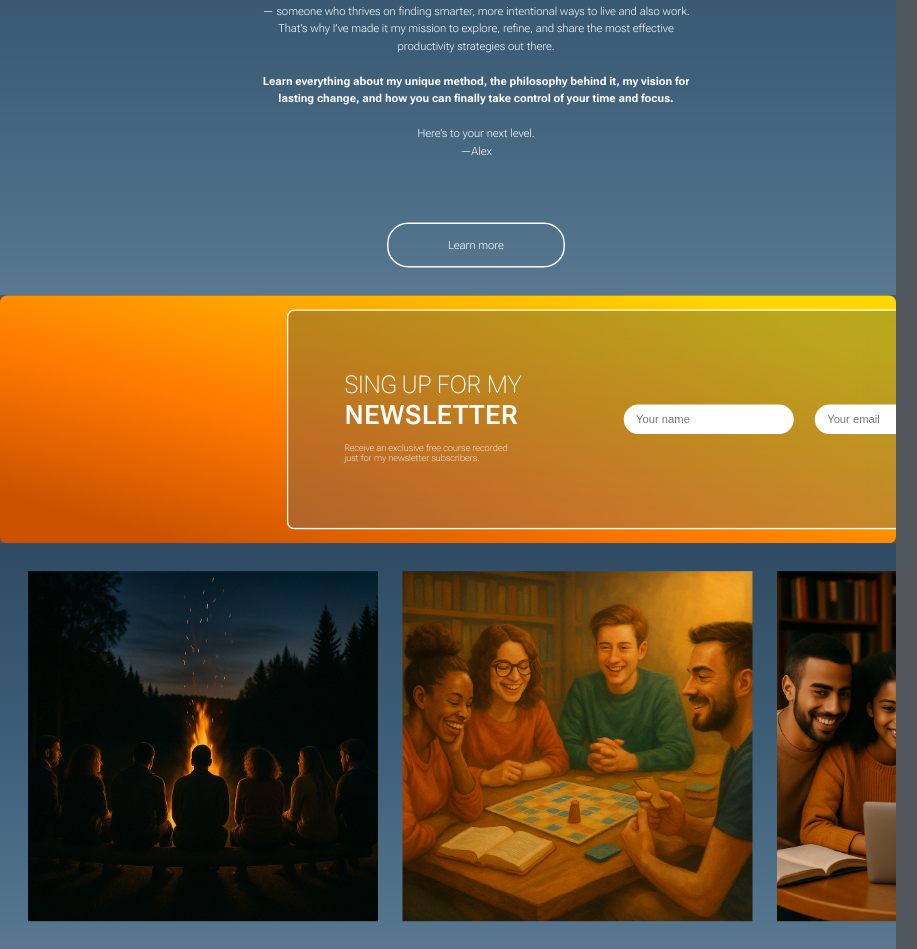
Repository: Parnicoza/testecomplete
Page: Productivity.copie.html
These files come from the project's save history. The page is drawn as it stood at one moment and after the next save; the edit follows.
The browser window is 1280 px wide. The page is 1310 px wide, so the pictures cover 1310 px, including what lies to the right of the window. The pictures show the part of the page from y = 960 to 2840 px (the page is 2316 px tall before and 2840 px after), at 70% of full size.

Above is the page before, as saved 2025-05-30 14:14:44.

After the next save:
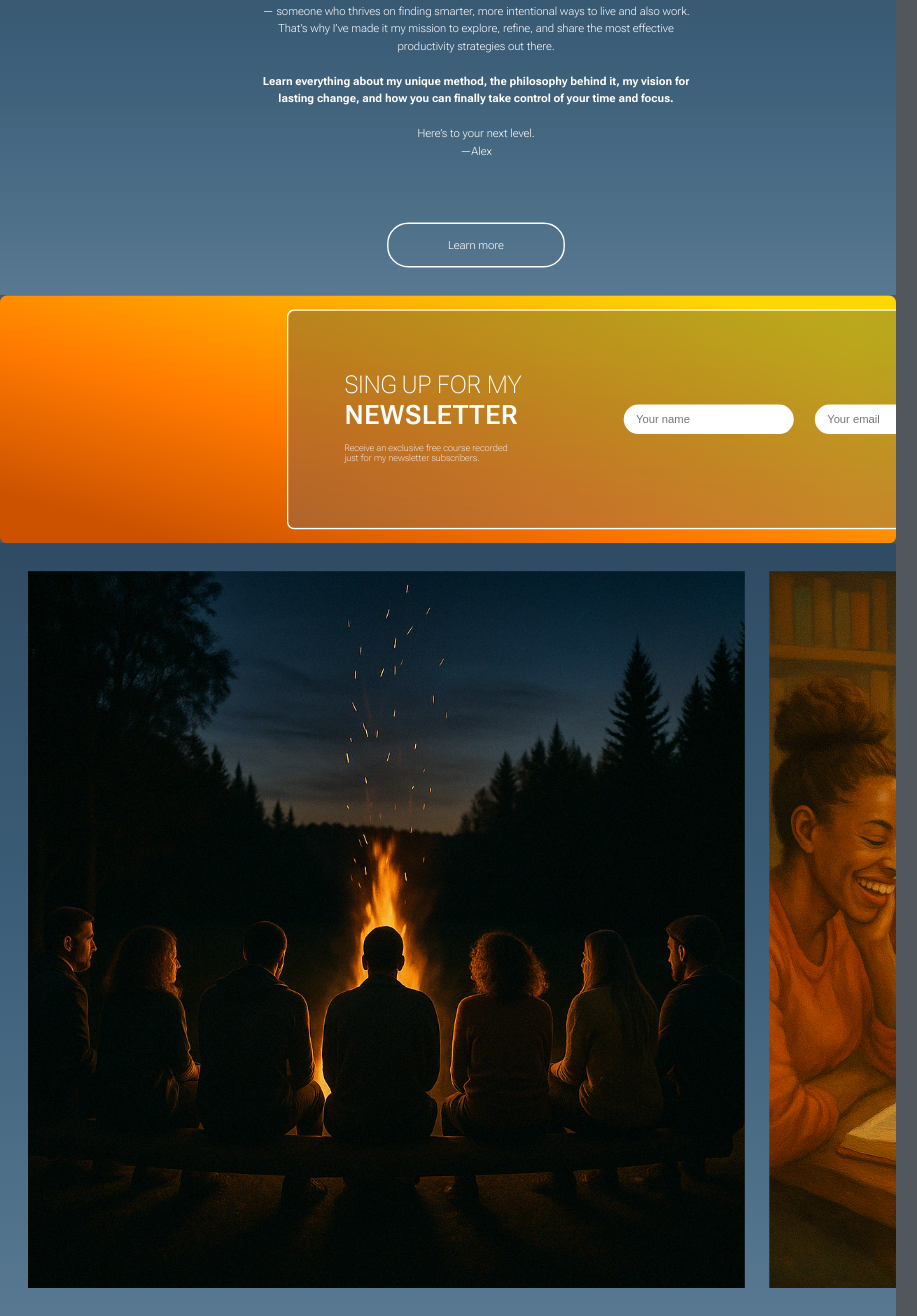
Saved 2 min 53 s later.
--- a/Productivity.copie.html
+++ b/Productivity.copie.html
@@ -82,9 +82,9 @@
 
     <div class="COURSES-background">
         <div class="imaginidesprecurs">
-            <img src="imaginitestecomplete/campfire.png" alt="Campfire Image" width="500px" height="500px">
-            <img src="imaginitestecomplete/fungames.png" alt="Fun Games Image" width="500px" height="500px">
-            <img src="imaginitestecomplete/oameniinbiblioteca.png" alt="People in Library Image" width="500px" height="500px">
+            <img src="imaginitestecomplete/campfire.png" alt="Campfire Image" class="modificariimaginidecurs">
+            <img src="imaginitestecomplete/fungames.png" alt="Fun Games Image" class="modificariimaginidecurs">
+            <img src="imaginitestecomplete/oameniinbiblioteca.png" alt="People in Library Image" class="modificariimaginidecurs">
         </div>
 
     </div>

After the save that followed:
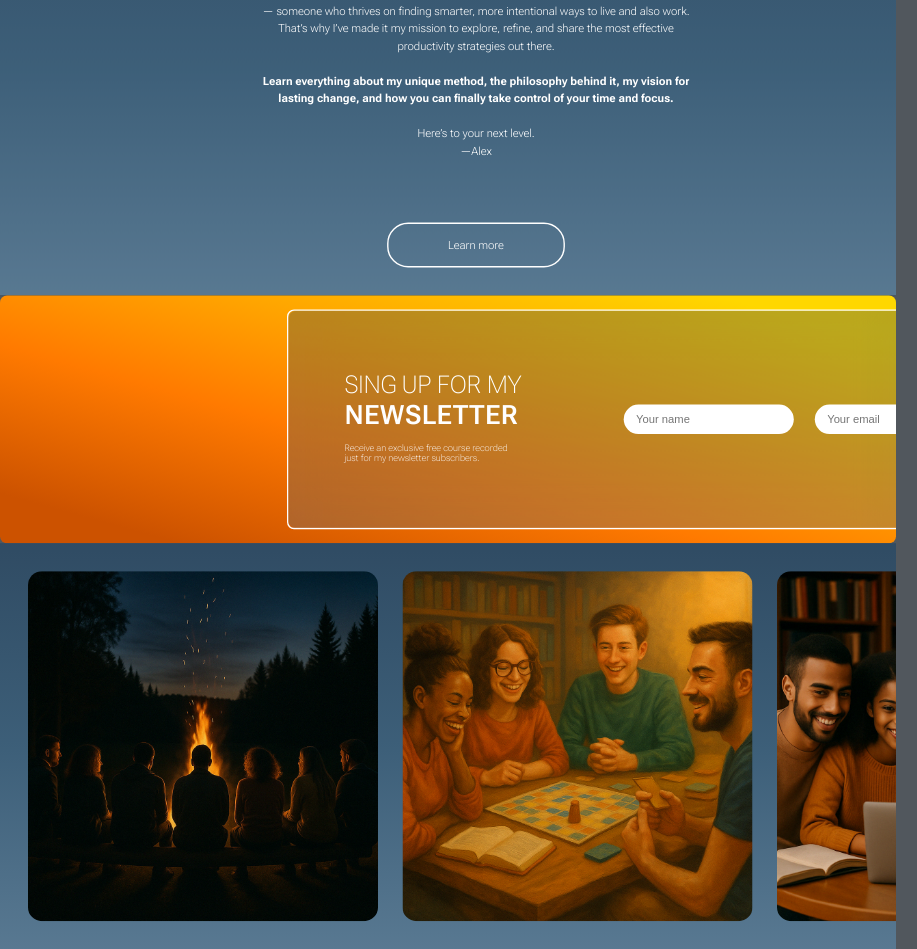
Saved 1 s later.
--- a/peoductivitate.css
+++ b/peoductivitate.css
@@ -337,3 +337,9 @@ form {
     display: flex;
     gap: 35px;
 }
+
+.modificariimaginidecurs{
+    width: 500px;
+    height: 500px;
+    border-radius: 20px;
+}
